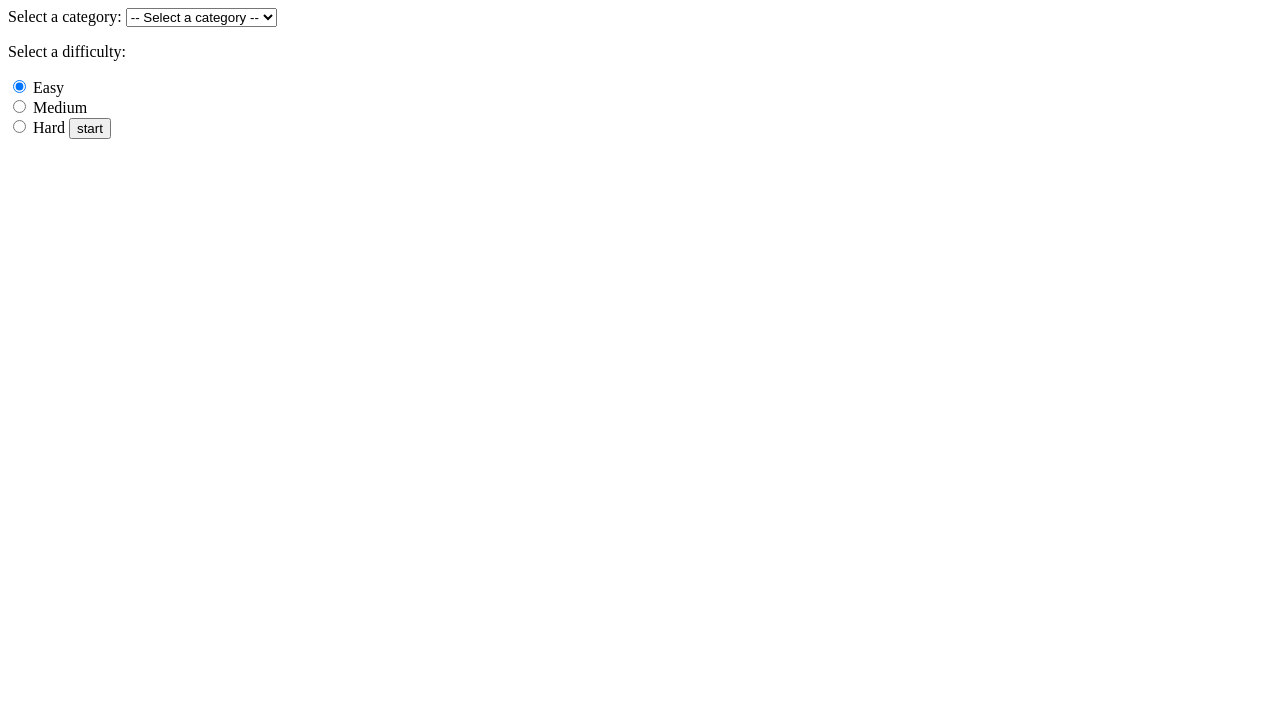
Repository: sierralaurent/SmartiePants
Page: trivia.html
These files come from the project's save history. The page is drawn as it stood at one moment and after the next save; the edit follows.
The browser window is 1280 px wide. The pictures show the whole page.
The page's requests for data from a server got no answer.

Above is the page before, as saved 2023-05-15 16:11:47.
Console error: TypeError: Cannot set properties of null (setting 'innerHTML')

### trivia.html
<!DOCTYPE html>
<html lang="en">
<!--Page to select category and difficulty-->
<head>
  <link rel="stylesheet" href="trivia.css">
  <meta charset="UTF-8">
  <meta http-equiv="X-UA-Compatible" content="IE=edge">
  <meta name="viewport" content="width=
    , initial-scale=1.0">

  <title>SMARTIEPANTS | START TRIVIA</title>
</head>

<body>
  <div>
    <label for="category-dropdown">Select a category:</label>
    <select id="category-dropdown">
      <option value="">-- Select a category --</option>
    </select>

    <p>Select a difficulty:</p>
    <input type="radio" id="easy" name="difficulty" value="easy" checked>
    <label for="easy">Easy</label><br>
    <input type="radio" id="medium" name="difficulty" value="medium">
    <label for="medium">Medium</label><br>
    <input type="radio" id="hard" name="difficulty" value="hard">
    <label for="hard">Hard</label>

    <a href="/quiz.html"><button id="start-button">start</button></a>
  </div>

  <script src="trivia.js"></script>
  <script src="timer.js"></script>
</body>

</html>

### trivia.css
#time .circle svg{
    position: relative;
    width: 150px;
    height: 150px;
    transform: rotate(270deg);
    }

    #time .circle svg circle{
        fill: transparent;
        stroke-width: 8;
        stroke: blue;
        transform: translate(5px,5px);
        stroke-dasharray: 440;
    }

    #time .circle{
        position: relative;
        width: 150px;
        height: 150px;
        display: flex;
        justify-content: center;
        align-items: center;
    }

    #time div{
        position: absolute;
        text-align: center;
        font-family: Arial, Helvetica, sans-serif;
        font-weight: bold;
        font-size: 30px;
    }

### trivia.js
// get the dropdown input and turns it into const
const categoryDropdown = document.getElementById("category-dropdown");
let display = '';
// fetches categories from api
fetch("https://opentdb.com/api_category.php")
  .then(response => response.json())
  .then(data => {
    // sets categories value to the data in the trivia_categories json from api
    const categories = data.trivia_categories;
    // sorts categories alphabetically
    categories.sort((a, b) => a.name.localeCompare(b.name));
    categories.forEach(category => {
      // for each category, it creates an element in the dropdown
      const option = document.createElement("option");
      option.value = category.id;
      option.text = category.name;
      categoryDropdown.add(option);
    });
  })
  // catches any errors
  .catch(error => console.error(error));



const startButton = document.getElementById("start-button");
const difficultyRadios = document.getElementsByName("difficulty");
let url = ''

// event listener for the start button. runs startQuiz function
startButton.addEventListener("click", startQuiz);

//sets the category to the value of what user picked in dropdown
function startQuiz() {
  const category = categoryDropdown.value;
  // sets diffiulty based on what user picked in radio buttons
  const difficulty = getSelectedRadioValue(difficultyRadios);
  //the url of what questions the api will give based on category and difficulty user picked
  url = `https://opentdb.com/api.php?amount=10&type=multiple${category ? `&category=${category}` : ""}${difficulty ? `&difficulty=${difficulty}` : ""}`;

  const quizContainer = document.getElementById("quizContainer");
  const settingsContainer = document.getElementById("settingsContainer")

  if (quizContainer.style.display === 'none') {
    settingsContainer.style.display = 'none'
    quizContainer.style.display = 'block';
  } else {
    quizContainer.style.display === 'none';
    settingsContainer.style.display = 'block'
  }

  const question = document.getElementById('question');
  const choices = Array.from(document.getElementsByClassName('choice-text'));
  const progressText = document.getElementById('progressText');
  const scoreText = document.getElementById('score');
  const progressBarFull = document.getElementById('progressBarFull');
  let currentQuestion = {};
  let acceptingAnswers = false;
  let score = 0;
  let questionCounter = 0;
  let availableQuesions = [];
  let questions = [];

  fetch(
    `${url}`
  )
    .then((res) => {
      return res.json();
    })
    .then((loadedQuestions) => {
      questions = loadedQuestions.results.map((loadedQuestion) => {
        const formattedQuestion = {
          question: loadedQuestion.question,
        };

        const answerChoices = [...loadedQuestion.incorrect_answers];
        formattedQuestion.answer = Math.floor(Math.random() * 4) + 1;
        answerChoices.splice(
          formattedQuestion.answer - 1,
          0,
          loadedQuestion.correct_answer
        );

        answerChoices.forEach((choice, index) => {
          formattedQuestion['choice' + (index + 1)] = choice;
        });

        return formattedQuestion;
      });
      startGame();
    })
    .catch((err) => {
      console.error(err);
    });

  //CONSTANTS
  const CORRECT_BONUS = 10;
  const MAX_QUESTIONS = 10;

  startGame = () => {
    questionCounter = 0;
    score = 0;
    availableQuesions = [...questions];
    getNewQuestion();
  };

  getNewQuestion = () => {
    if (availableQuesions.length === 0 || questionCounter >= MAX_QUESTIONS) {
      localStorage.setItem('mostRecentScore', score);
      //go to the end page
      return window.location.assign('/end.html');
    }
    questionCounter++;
    progressText.innerText = `Question ${questionCounter}/${MAX_QUESTIONS}`;
    //Update the progress bar
    progressBarFull.style.width = `${(questionCounter / MAX_QUESTIONS) * 100}%`;

    const questionIndex = Math.floor(Math.random() * availableQuesions.length);
    currentQuestion = availableQuesions[questionIndex];
    question.innerText = currentQuestion.question;

    choices.forEach((choice) => {
      const number = choice.dataset['number'];
      choice.innerText = currentQuestion['choice' + number];
    });

    availableQuesions.splice(questionIndex, 1);
    acceptingAnswers = true;
  };

  choices.forEach((choice) => {
    choice.addEventListener('click', (e) => {
      if (!acceptingAnswers) return;

      acceptingAnswers = false;
      const selectedChoice = e.target;
      const selectedAnswer = selectedChoice.dataset['number'];

      const classToApply =
        selectedAnswer == currentQuestion.answer ? 'correct' : 'incorrect';

      if (classToApply === 'correct') {
        incrementScore(CORRECT_BONUS);
      }

      selectedChoice.parentElement.classList.add(classToApply);

      setTimeout(() => {
        selectedChoice.parentElement.classList.remove(classToApply);
        getNewQuestion();
      }, 1000);
    });
  });

  incrementScore = (num) => {
    score += num;
    scoreText.innerText = score;
  };


  console.log(url)
}

function getSelectedRadioValue(radios) {
  for (let i = 0; i < radios.length; i++) {
    if (radios[i].checked) {
      return radios[i].value;
    }
  }
  return null;
}

### timer.js

        let timeLeft = document.getElementById("timeLeft");
        let countdownCircle = document.getElementById('dd');
        let dots = document.querySelector('.dots');
        let endTime = new Date();
        endTime.setMinutes(endTime.getMinutes() + 5);

        let x = setInterval(function(){
            let now = new Date().getTime();
            let distance = endTime - now;


            let minutes = Math.floor((distance % (1000 * 60 * 60)) / (1000 * 60));
            let seconds = Math.floor((distance % (1000 * 60)) / 1000);


            timeLeft.innerHTML = minutes.toString().padStart(2, '0') + ":" +
                                  seconds.toString().padStart(2, '0');


            let radius = (distance / (endTime - now)) * 70;
            countdownCircle.setAttribute('r', radius);

            if (distance <= 0) {
                clearInterval(x);
                timeLeft.innerHTML = "00:00";
                showAlert();

            }

            dd.style.strokeDashoffset = 440 - (440 * (distance / (5 * 60 * 1000)));

        }, 1000);
        function showAlert(){
            alert("time is over");
        }

After the next save:
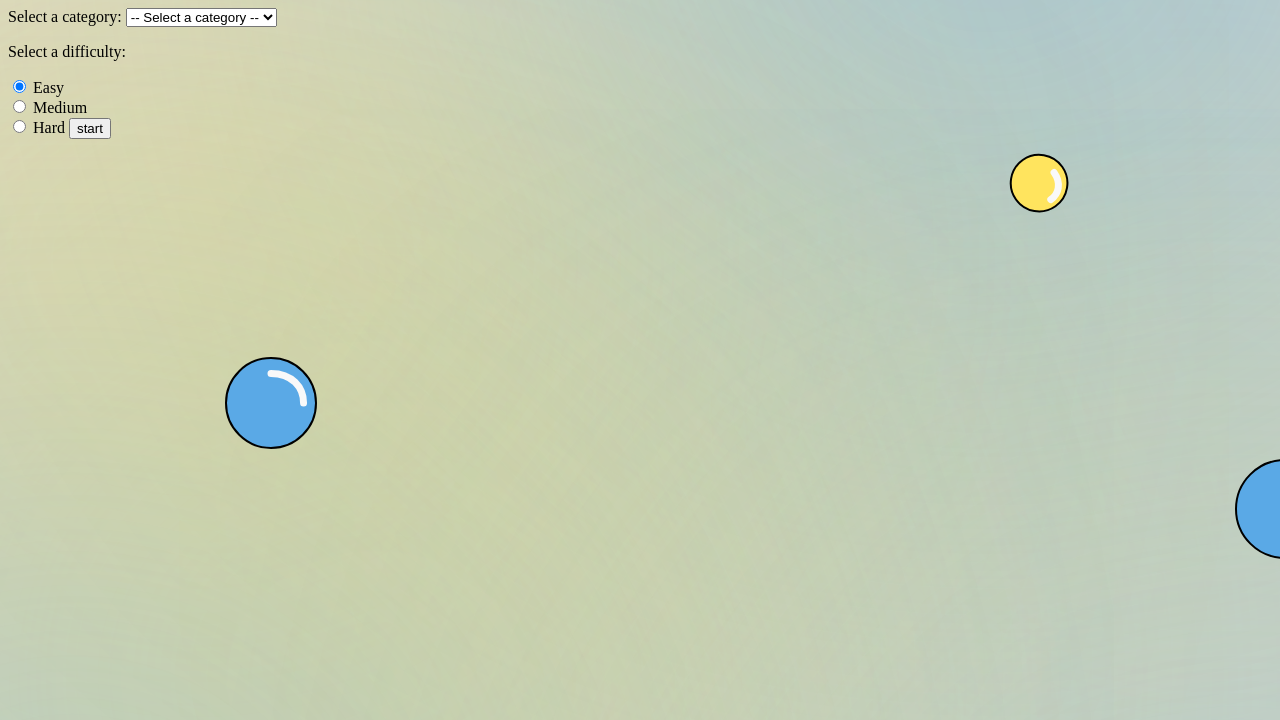
Saved 13 s later.
--- a/trivia.css
+++ b/trivia.css
@@ -1,31 +1,3 @@
-#time .circle svg{
-    position: relative;
-    width: 150px;
-    height: 150px;
-    transform: rotate(270deg);
-    }
-
-    #time .circle svg circle{
-        fill: transparent;
-        stroke-width: 8;
-        stroke: blue;
-        transform: translate(5px,5px);
-        stroke-dasharray: 440;
-    }
-
-    #time .circle{
-        position: relative;
-        width: 150px;
-        height: 150px;
-        display: flex;
-        justify-content: center;
-        align-items: center;
-    }
-
-    #time div{
-        position: absolute;
-        text-align: center;
-        font-family: Arial, Helvetica, sans-serif;
-        font-weight: bold;
-        font-size: 30px;
-    }
+body {
+    background-image: url('./background.svg');
+}
